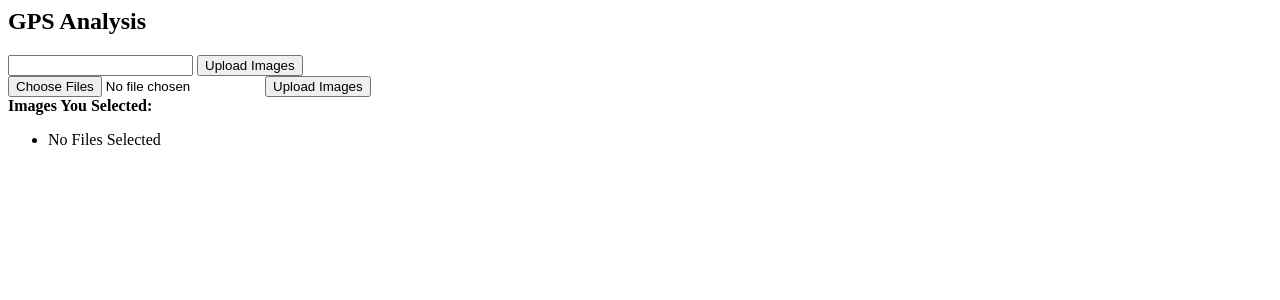
Repository: hanjangchen/Raspberry
Page: prjGAEGPSAnalysis/prjGPSAnalysis/src/static/my_ng_templates/desktop/index_data_analysis.html
These files come from the project's save history. The page is drawn as it stood at one moment and after the next save; the edit follows.
The browser window is 1280 px wide. The pictures show the whole page.

Above is the page before, as saved 2014-11-03 00:13:20.
Console error: ReferenceError: $ is not defined

After the next save:
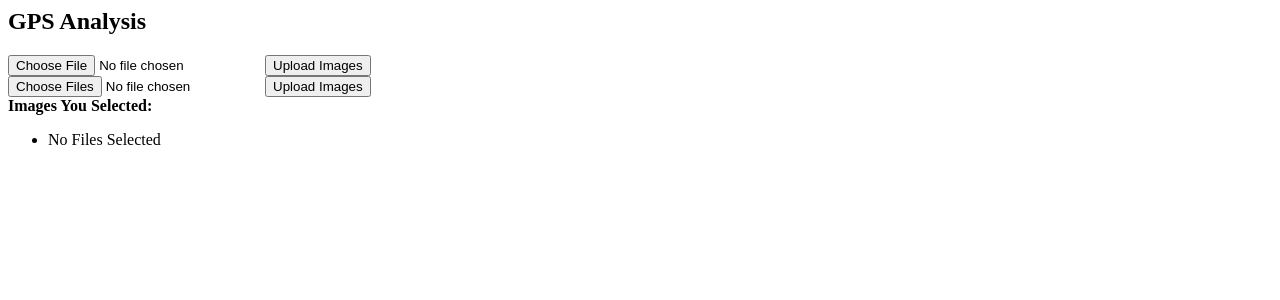
Saved 69 s later.
--- a/prjGAEGPSAnalysis/prjGPSAnalysis/src/static/my_ng_templates/desktop/index_data_analysis.html
+++ b/prjGAEGPSAnalysis/prjGPSAnalysis/src/static/my_ng_templates/desktop/index_data_analysis.html
@@ -14,7 +14,7 @@
 
 				<div class="col-xs-2 col-sm-2 col-md-2 col-lg-2"></div>
 
-				<input type="text" ng-model="images_data_to_upload" class="col-xs-4 col-sm-4 col-md-4 col-lg-4 form-control ">
+				<input type="file" ng-model="images_data_to_upload" class="col-xs-4 col-sm-4 col-md-4 col-lg-4 form-control ">
 				<input type="button" value="Upload Images" ng-click= "ctrl.upload_img_to_blobstore()" class="col-xs-4 col-sm-4 col-md-4 col-lg-4 btn btn-default " >
 
 				<div class="col-xs-2 col-sm-2 col-md-2 col-lg-2"></div>
